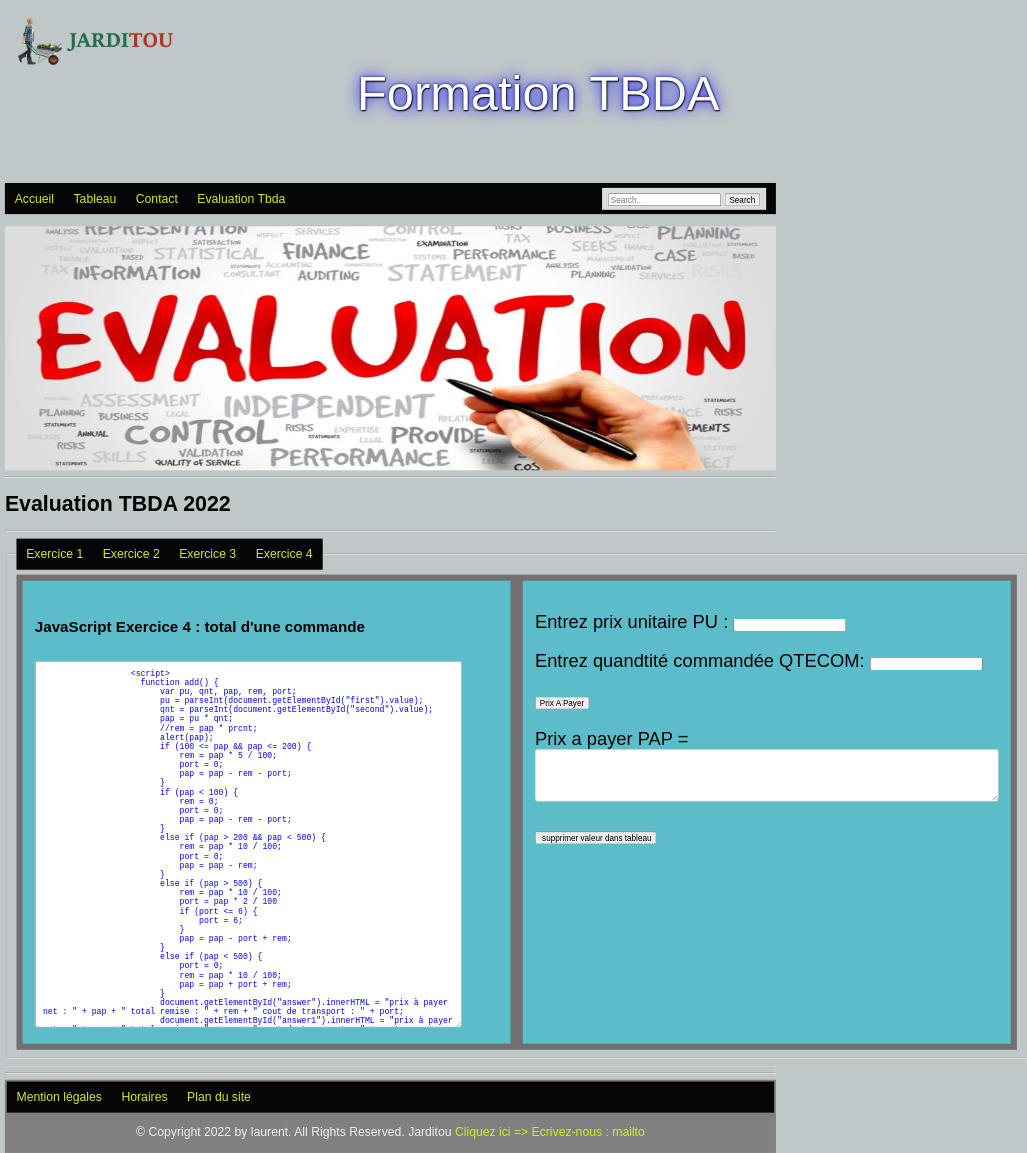
Repository: laurentbul/jarditou
Page: javascript/EvaluationTbda/eval_ex4.html
An editor plug-in stored every save of this project. The page is shown before and after the next save, followed by the edit.
The browser window is 1280 px wide. The page is 1684 px wide, so the pictures cover 1684 px, including what lies to the right of the window. The pictures show the whole page, at 61% of full size.
An inner scrolling area shows only its first screen.

Above is the page before, as saved 2022-12-14 18:08:38.

### javascript/EvaluationTbda/eval_ex4.html
<!DOCTYPE html>
<html lang="fr">

<head>
    <meta charset="UTF-8">
    <meta http-equiv="X-UA-Compatible" content="IE=edge">
    <meta name="viewport" content="width=device-width, initial-scale=1.0">
    <title>cours exercices HTML</title>
    <link rel="stylesheet" href="../assets/css/stylepageindex.css" />
    <style>
        .flex-container2 {
            display: flex;
            background-color: rgb(114, 111, 113);
        }

        .flex-container2>div {
            background-color: #5cbdca;
            margin: 10px;
            padding: 20px;
            font-size: 30px;
            width: 800px;
        }
    </style>
</head>

<body>
    <div class="flex-container">
        <div class="logo"><img src="../assets/img/jarditou_logo.png" alt="jarditou logo" title="jarditou logo"
                height="80" />
        </div>
        <div>
            <p class="slogan">Formation TBDA </p>
        </div>
    </div>
    <nav>
        <ul>
            <li><a href="../index.html">Accueil</a></li>
            <li><a href="../table.html">Tableau</a></li>
            <li><a href="../contact.html">Contact</a></li>
            <li><a href="../EvaluationTbda/evaluation_tbda.html">Evaluation Tbda</a></li>
            <li class="search-container">
                <div>
                    <form action="/action_page.php">
                        <input type="text" class="searchinput" placeholder="Search.." name="search" />
                        <button type="submit">Search</button>
                    </form>
                </div>
            </li>
        </ul>
    </nav>
    <img src="../assets/img/evaluation2.jpg" width="500" height="400" alt="qu'est ce que html" class="imgpromotion"
        title="promotion jarditou" />
    <hr />
    <h1>Evaluation TBDA 2022</h1>
    <include src="./horaire.html"></include>
    <hr>
    <fieldset>
        <legend style="padding:1px 0; font-size:20px;">
            <nav>
                <ul>
                    <li><a href="eval_ex1.html">Exercice 1 </a></li>
                    <li><a href="eval_ex2.html">Exercice 2 </a></li>
                    <li><a href="eval_ex3.html">Exercice 3</a></li>
                    <li><a href="eval_ex4.html">Exercice 4</a></li>
                    </li>
                </ul>
            </nav>
        </legend>
        <div class="flex-container2">
            <div id="code">
                <h5>JavaScript Exercice 4 : total d'une commande</h5>
                <textarea style="height: 600px;width: 700px; color: blue;">
                  <script>
                    function add() {
                        var pu, qnt, pap, rem, port;
                        pu = parseInt(document.getElementById("first").value);
                        qnt = parseInt(document.getElementById("second").value);
                        pap = pu * qnt;
                        //rem = pap * prcnt;
                        alert(pap);
                        if (100 <= pap && pap <= 200) {
                            rem = pap * 5 / 100;
                            port = 0;
                            pap = pap - rem - port;
                        }
                        if (pap < 100) {
                            rem = 0;
                            port = 0;
                            pap = pap - rem - port;
                        }
                        else if (pap > 200 && pap < 500) {
                            rem = pap * 10 / 100;
                            port = 0;
                            pap = pap - rem;
                        }
                        else if (pap > 500) {
                            rem = pap * 10 / 100;
                            port = pap * 2 / 100
                            if (port <= 6) {
                                port = 6;
                            }
                            pap = pap - port + rem;
                        }
                        else if (pap < 500) {
                            port = 0;
                            rem = pap * 10 / 100;
                            pap = pap + port + rem;
                        }
                        document.getElementById("answer").innerHTML = "prix à payer net : " + pap + " total remise : " + rem + " cout de transport : " + port;
                        document.getElementById("answer1").innerHTML = "prix à payer net : " + pap + " total remise : " + rem + " cout de transport : " + port;
                    }
                </script>
    </textarea>
            </div>
            <div id="ex1">
                <div>
                  <p>Entrez prix unitaire PU : <input id="first"></p>
                  <p>Entrez quandtité commandée QTECOM: <input id="second"></p>
                  <button onclick="add()">Prix A Payer</button>
                  <p>Prix a payer PAP = <textarea rows="4" cols="50" maxlength="50" id="answer"> </textarea></p>
                  <div id="answer1"></div>
                  <input type="button" onclick=myFunction() value=" supprimer valeur dans tableau" />
                </div>
            </div>
        </div>
    </fieldset>
    <hr>
    <script>
      function add() {
          var pu, qnt, pap, rem, port;
          pu = parseInt(document.getElementById("first").value);
          qnt = parseInt(document.getElementById("second").value);
          pap = pu * qnt;
          //rem = pap * prcnt;
          alert(pap);
          if (100 <= pap && pap <= 200) {
              rem = pap * 5 / 100;
              port = pap * 2 / 100;
              if (port <= 6) {
                  port = 6;
              }
              pap = pap - rem + port;
          }
          if (pap < 100) {
              rem = 0;
              port = pap * 2 / 100
              if (port <= 6) {
                  port = 6;
              }
              pap = pap - rem + port;
          }
          else if (200 < pap && pap <= 500) {
              rem = pap * 10 / 100;
              port = pap * 2 / 100
              if (port <= 6) {
                  port = 6;
              }
              pap = pap - rem + port;
          }
        //   else if (pap < 500) {
        //       rem = pap * 10 / 100;
        //       port = pap * 2 / 100
        //       if (port <= 6) {
        //           port = 6;
        //       }
        //       pap = pap + port - rem;
        //  }
          else if (pap > 500) {
              port = 0;
              rem = pap * 10 / 100;
              if(pap-rem < 500){port = pap * 2 / 100}
              pap = pap + port - rem;
              pap=pap.toFixed(2);
          }
          document.getElementById("answer").innerHTML = "prix à payer net : " + pap + " total remise : " + rem + " cout de transport : " + port;
          document.getElementById("answer1").innerHTML = "prix à payer net : " + pap + " total remise : " + rem + " cout de transport : " + port;
      }

      function myFunction() {
location.reload();
}
function reset() {
document.getElementById("myForm").reset();
}
  </script>
    <hr>
    <footer>
        <nav>
            <ul>
                <li><a href="mentionlegale.html">Mention légales</a></li>
                <li><a href="horaire.html">Horaires</a></li>
                <li><a href="plandusite.html">Plan du site</a></li>
            </ul>
        </nav>
        <p style="color: rgb(244, 238, 238);">
            &copy; Copyright 2022 by laurent. All Rights Reserved. Jarditou
            <a href="mailto:dave.loper@afpa.fr" title="Nous contacter">
                Cliquez ici => Ecrivez-nous : mailto
            </a>
        </p>
    </footer>
</body>

</html>

### javascript/assets/css/stylepageindex.css
body {
  font-family: Arial, Helvetica, sans-serif;
  padding: 0px;
  background-color: rgb(192, 199, 201);
  font-size: 20px;
  height: 1500px;
}
h1{font-size: 35px;
}
h2{font-size: 20px;
}
.flex-container {
  display: flex;
}

.flex-container>div {
  padding: 20px;
}

.jarditou_logo {
  height: 80px;
}

.slogan {
  color: white;
  text-shadow: 1px 1px 2px black, 0 0 25px blue, 0 0 5px darkblue;
  font-size: 40px;
  margin-left: 250px;
  font-size: 80px;
}

ul {
  list-style-type: none;
  margin: 0;
  padding: 0;
  overflow: hidden;
  background-color: rgb(5, 5, 5);
}

li {
  float: left;
}

li a {
  display: block;
  color: white;
  text-align: center;
  padding: 14px 16px;
  text-decoration: none;
}

li a:hover:not(.active) {
  background-color: rgb(240, 10, 10);
}

.active {
  background-color: #4caf50;
}

a:link {
  color: rgb(214, 235, 28);
  background-color: transparent;
  text-decoration: none;
}

ul.a {

  background-color: rgb(179, 167, 167);

  color:rgb(42, 226, 211);

}


aside {
  width: 30%;
  height: 25%px;
  padding-left: 15px;
  float: right;
  font-style: italic;
  background-color: lightgray;
  margin-right: 60px;
}



.imgpromotion {
  display: block;
  margin-top: 20px;
  margin-left: auto;
  margin-right: auto;
  width: 100%;
}


footer {
  text-align: center;
  padding: 3px;
  background-color: gray;
  color: white;
}


.search-container {
  float: right;
  padding: 6px 10px;
  margin-top: 8px;
  margin-right: 16px;
  background: #ddd;
  font-size: 20px;
  border: none;
  cursor: pointer;
}


* {
  box-sizing: border-box;
}

input[type=text]:not(.searchinput),
select,
textarea {
  width: 100%;
  padding: 12px;
  border: 1px solid #ccc;
  border-radius: 4px;
  resize: vertical;
}



input[type=submit] {
  display: block;
  margin: 0px;
  width: 100%;
  padding: 12px;
  background-color: rgb(211, 211, 212);
}


input[type=submit]:hover {
  background-color: #d6c82f;
}

.container {
  border-radius: 5px;
  background-color: #af1818;
  padding: 20px;
}

#pays {
  font-size: 20px;
}

#birthday {
  font-size: 20px;
}

table {
  margin-bottom: 50px;
  margin-left: 100px;
}


th,
td {
  border: 1px solid black;
  border-collapse: collapse;
  margin-left: 100px;
  margin-bottom: 10px;
  background-color: #3f3324;
}

th {
  background-color: gray;
}

tr {
  color: azure;
}

table {
  width: 50%;
}

.btncontact {
  height: 45px;
  width: 200px;
  background-color: hsl(127, 4%, 46%);
  font-size: 20px;
  margin-left: 100px;
}

.btncontact:hover {
  background-color: #6ab0d8;
  color: white;
}

/* Responsive layout - when the screen is less than 768px wide, make the two columns stack on top of each other instead of next to each other */
@media screen and (max-width: 768px) {

  body {

    background-color: lavender;
    font-size: 14px;
  }


  .flex-container {
    display: flex;
  }

  .flex-container>div {
    padding: 0px;

  }

  .jarditou_logo {
    height: 80px;
  }

  .slogan {
    color: white;
    text-shadow: 1px 1px 2px black, 0 0 25px blue, 0 0 5px darkblue;
    margin-left: 0px;
    font-size: 40px;
  }

  ul {
    list-style-type: none;
    background-color: #367791;
    width: 768px;
  }

  li {
    background-color: rgb(10, 10, 10);
    display: flex;
    justify-content: center;
    width: 768px;
  }

  li a:hover:not(.active) {
    background-color: rgb(240, 10, 10);
  }

  aside{
    visibility: hidden;
}


}

.error{
  color: rgb(197, 22, 22);
}

After the next save:
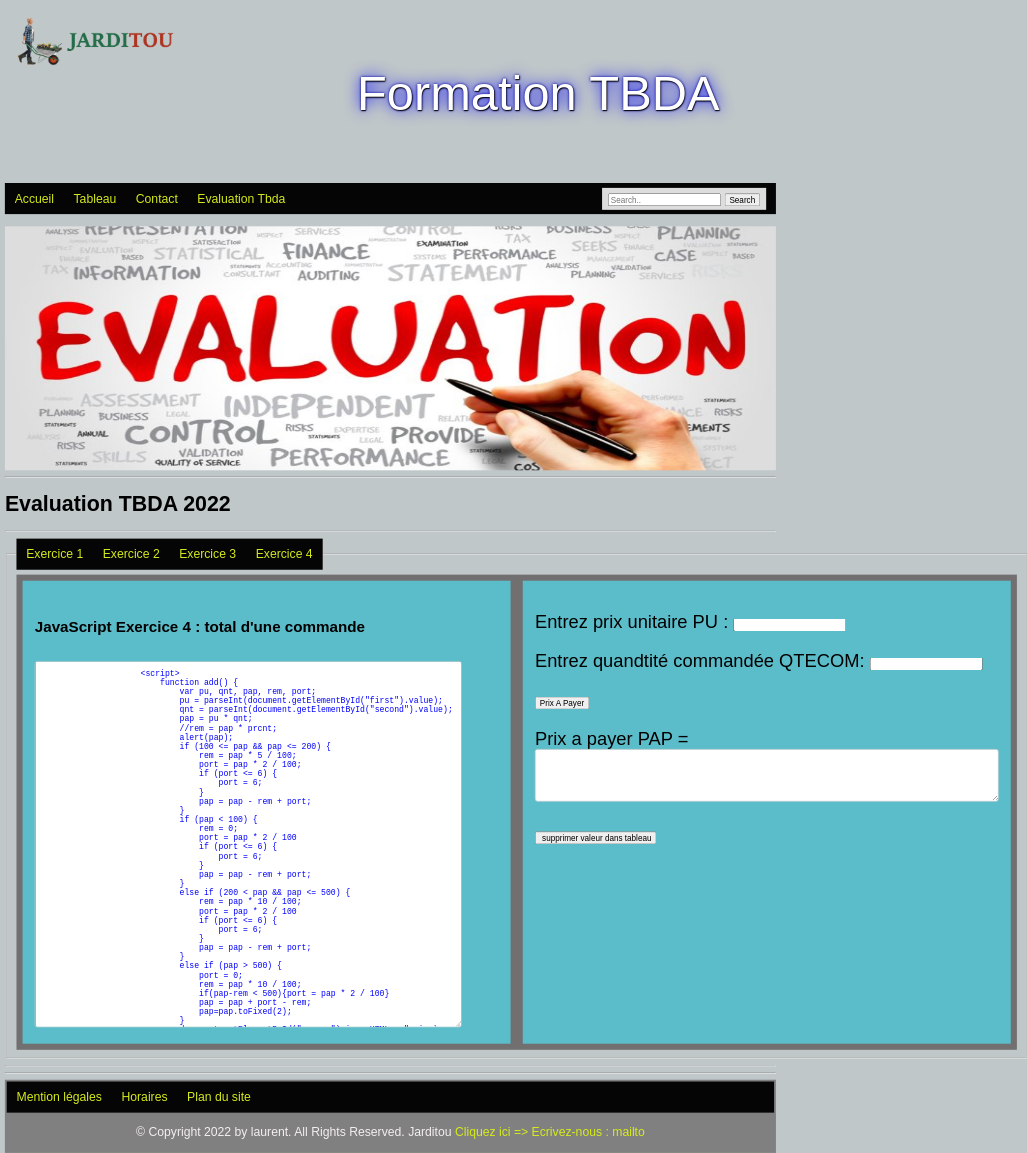
Saved 88 s later.
--- a/javascript/EvaluationTbda/eval_ex4.html
+++ b/javascript/EvaluationTbda/eval_ex4.html
@@ -70,46 +70,56 @@
             <div id="code">
                 <h5>JavaScript Exercice 4 : total d'une commande</h5>
                 <textarea style="height: 600px;width: 700px; color: blue;">
-                  <script>
-                    function add() {
-                        var pu, qnt, pap, rem, port;
-                        pu = parseInt(document.getElementById("first").value);
-                        qnt = parseInt(document.getElementById("second").value);
-                        pap = pu * qnt;
-                        //rem = pap * prcnt;
-                        alert(pap);
-                        if (100 <= pap && pap <= 200) {
-                            rem = pap * 5 / 100;
-                            port = 0;
-                            pap = pap - rem - port;
+                    <script>
+                        function add() {
+                            var pu, qnt, pap, rem, port;
+                            pu = parseInt(document.getElementById("first").value);
+                            qnt = parseInt(document.getElementById("second").value);
+                            pap = pu * qnt;
+                            //rem = pap * prcnt;
+                            alert(pap);
+                            if (100 <= pap && pap <= 200) {
+                                rem = pap * 5 / 100;
+                                port = pap * 2 / 100;
+                                if (port <= 6) {
+                                    port = 6;
+                                }
+                                pap = pap - rem + port;
+                            }
+                            if (pap < 100) {
+                                rem = 0;
+                                port = pap * 2 / 100
+                                if (port <= 6) {
+                                    port = 6;
+                                }
+                                pap = pap - rem + port;
+                            }
+                            else if (200 < pap && pap <= 500) {
+                                rem = pap * 10 / 100;
+                                port = pap * 2 / 100
+                                if (port <= 6) {
+                                    port = 6;
+                                }
+                                pap = pap - rem + port;
+                            }
+                            else if (pap > 500) {
+                                port = 0;
+                                rem = pap * 10 / 100;
+                                if(pap-rem < 500){port = pap * 2 / 100}
+                                pap = pap + port - rem;
+                                pap=pap.toFixed(2);
+                            }
+                            document.getElementById("answer").innerHTML = "prix à payer net : " + pap + " total remise : " + rem + " cout de transport : " + port;
+                            document.getElementById("answer1").innerHTML = "prix à payer net : " + pap + " total remise : " + rem + " cout de transport : " + port;
                         }
-                        if (pap < 100) {
-                            rem = 0;
-                            port = 0;
-                            pap = pap - rem - port;
-                        }
-                        else if (pap > 200 && pap < 500) {
-                            rem = pap * 10 / 100;
-                            port = 0;
-                            pap = pap - rem;
-                        }
-                        else if (pap > 500) {
-                            rem = pap * 10 / 100;
-                            port = pap * 2 / 100
-                            if (port <= 6) {
-                                port = 6;
-                            }
-                            pap = pap - port + rem;
-                        }
-                        else if (pap < 500) {
-                            port = 0;
-                            rem = pap * 10 / 100;
-                            pap = pap + port + rem;
-                        }
-                        document.getElementById("answer").innerHTML = "prix à payer net : " + pap + " total remise : " + rem + " cout de transport : " + port;
-                        document.getElementById("answer1").innerHTML = "prix à payer net : " + pap + " total remise : " + rem + " cout de transport : " + port;
-                    }
-                </script>
+
+                        function myFunction() {
+                  location.reload();
+                  }
+                  function reset() {
+                  document.getElementById("myForm").reset();
+                  }
+                    </script>
     </textarea>
             </div>
             <div id="ex1">
@@ -157,14 +167,6 @@
               }
               pap = pap - rem + port;
           }
-        //   else if (pap < 500) {
-        //       rem = pap * 10 / 100;
-        //       port = pap * 2 / 100
-        //       if (port <= 6) {
-        //           port = 6;
-        //       }
-        //       pap = pap + port - rem;
-        //  }
           else if (pap > 500) {
               port = 0;
               rem = pap * 10 / 100;
